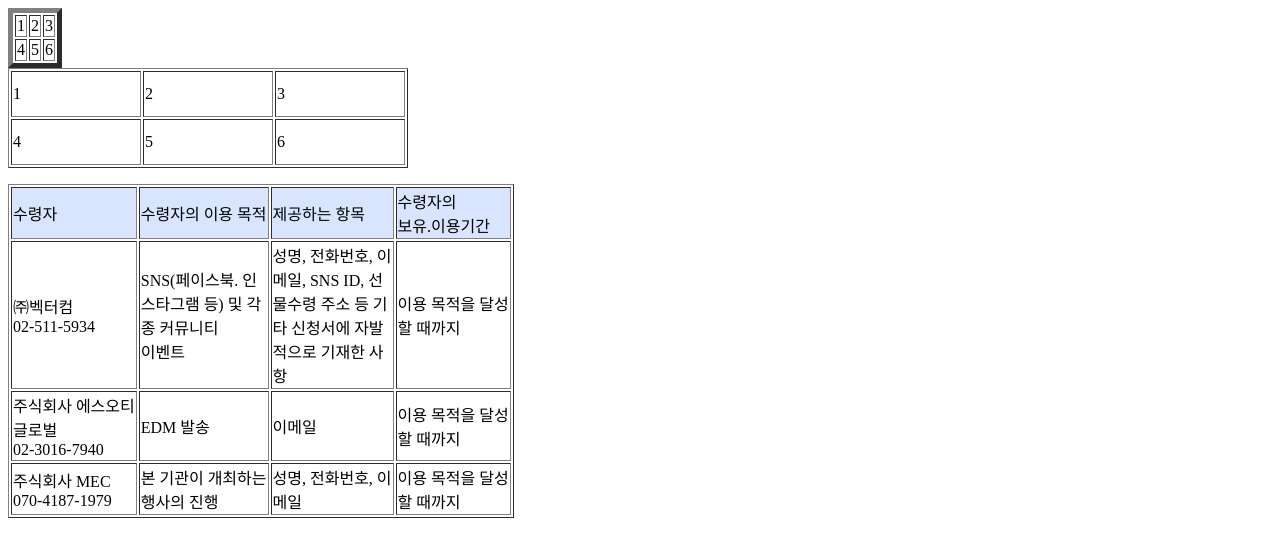
Repository: jaehyeon0418/workspace123
Page: w1024/src/main/webapp/w1024_06.html
These files come from the project's save history. The page is drawn as it stood at one moment and after the next save; the edit follows.
The browser window is 1280 px wide. The pictures show the whole page.

Above is the page before, as saved 2022-10-24 03:15:49.

### w1024/src/main/webapp/w1024_06.html
<!DOCTYPE html>
<html>
<head>
<meta charset="UTF-8">
<title>Insert title here</title>
</head>
<body>




<!-- tr : table row
	 td : table data
	 colspan 컬러값들을 합치기
	 rowspan 로 값들을 합치기

 -->

 <table border="5">
 	<tr>
 	<td><senter>1</senter></td>
 	<td>2</td>
 	<td>3</td>
 	</tr>
 	<tr>
 	<td>4</td>
 	<td>5</td>
 	<td>6</td>

 	</tr>


 </table>


 <table border = "1" width = "400" height = "100">
 	<tr>
 	<td><senter>1</senter></td>
 	<td>2</td>
 	<td>3</td>
 	</tr>
 	 	</tr>
 	<tr>
 	<td>4</td>
 	<td>5</td>
 	<td>6</td>

 	</tr>
 </table>

 <p>





 <table border= "1">
 <tr bgcolor = "#D9E5FF">
 <td>수령자</td>
 <td>수령자의 이용 목적
 <td>제공하는 항목</td>
 <td><senter>수령자의<br>보유.이용기간</senter></td>
 </tr>
  <tr>
 <td>㈜벡터컴<br>02-511-5934</td>
 <td>SNS(페이스북. 인<br>스타그램 등) 및 각<br>종 커뮤니티<br>이벤트</td>
 <td>성명, 전화번호, 이<br>메일, SNS ID, 선<br>물수령 주소 등  기<br>타 신청서에 자발<br>적으로 기재한 사<br>항</td>
 <td>이용 목적을 달성<br>할 때까지</td>
 </tr>
  <tr>
 <td>주식회사 에스오티<br>글로벌<br>02-3016-7940</td>
 <td>EDM 발송</td>
 <td>이메일</td>
 <td>이용 목적을 달성<br>할 때까지</td>
 </tr>
  <tr>
 <td>주식회사 MEC<br>070-4187-1979</td>
 <td>본 기관이 개최하는<br>행사의 진행</td>
 <td>성명, 전화번호, 이<br>메일</td>
 <td>이용 목적을 달성<br>할 때까지</td>
 </tr>
 </table>























</body>
</html>

After the next save:
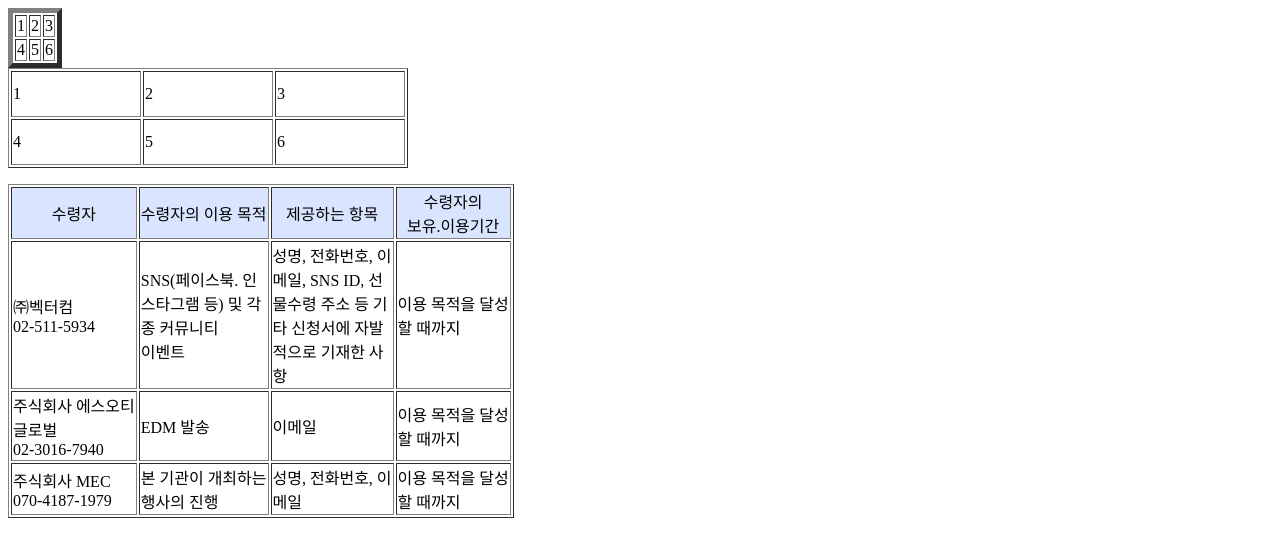
Saved 51 s later.
--- a/w1024/src/main/webapp/w1024_06.html
+++ b/w1024/src/main/webapp/w1024_06.html
@@ -56,10 +56,10 @@
 
  <table border= "1">
  <tr bgcolor = "#D9E5FF">
- <td>수령자</td>
- <td>수령자의 이용 목적
- <td>제공하는 항목</td>
- <td><senter>수령자의<br>보유.이용기간</senter></td>
+ <td><center>수령자</center></td>
+ <td><center>수령자의 이용 목적</center></td>
+ <td><center>제공하는 항목</center></td>
+ <td><center>수령자의<br>보유.이용기간</center></td>
  </tr>
   <tr>
  <td>㈜벡터컴<br>02-511-5934</td>
